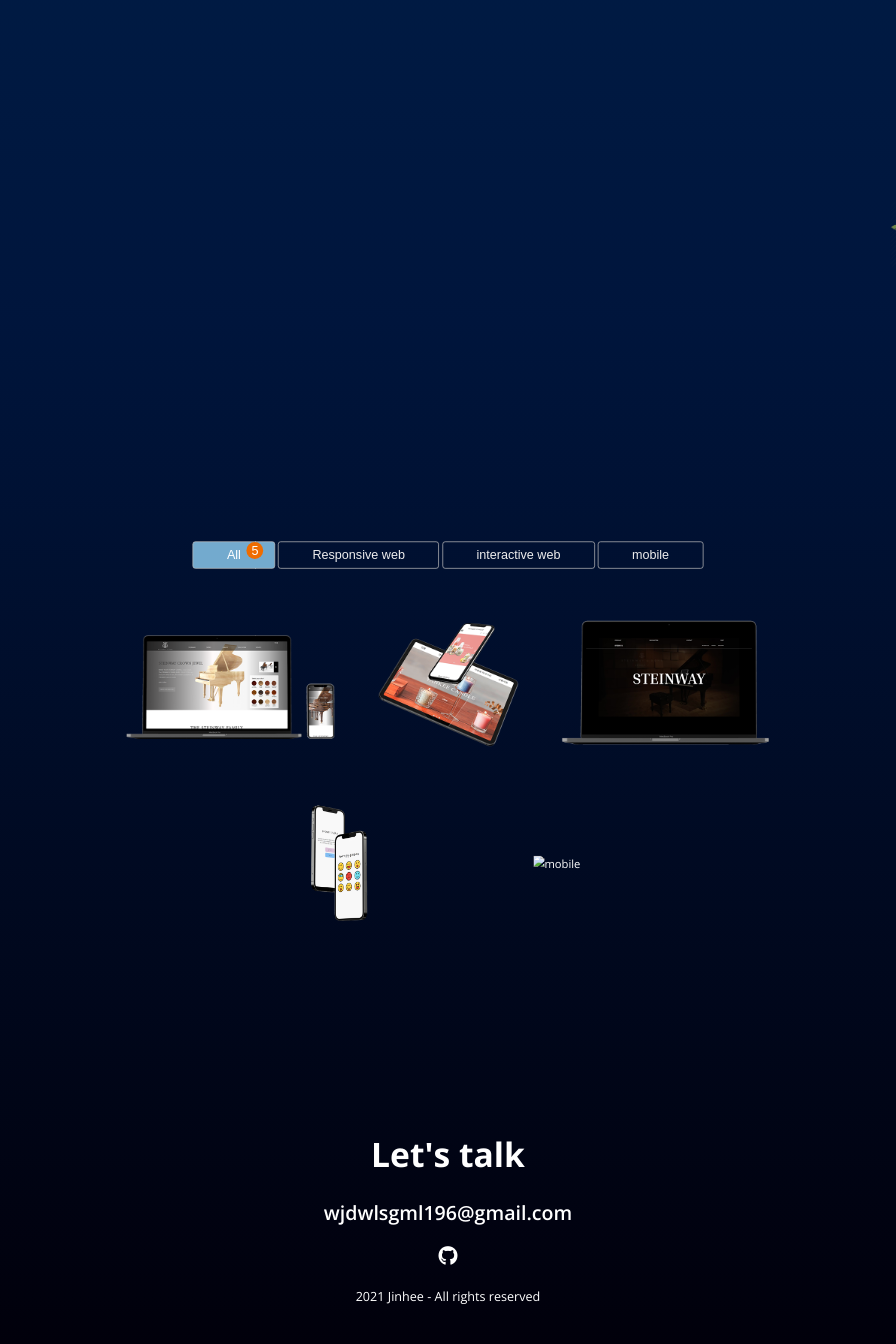
Repository: jinhee196/portfolio
Page: index.html
These files come from the project's save history. The page is drawn as it stood at one moment and after the next save; the edit follows.
The browser window is 1280 px wide. The pictures show the part of the page from y = 2639 to 4559 px (the page is 4559 px tall), at 70% of full size.
Some web libraries are served in a nearby version.

Above is the page before, as saved 2021-06-06 18:46:08.

After the next save:
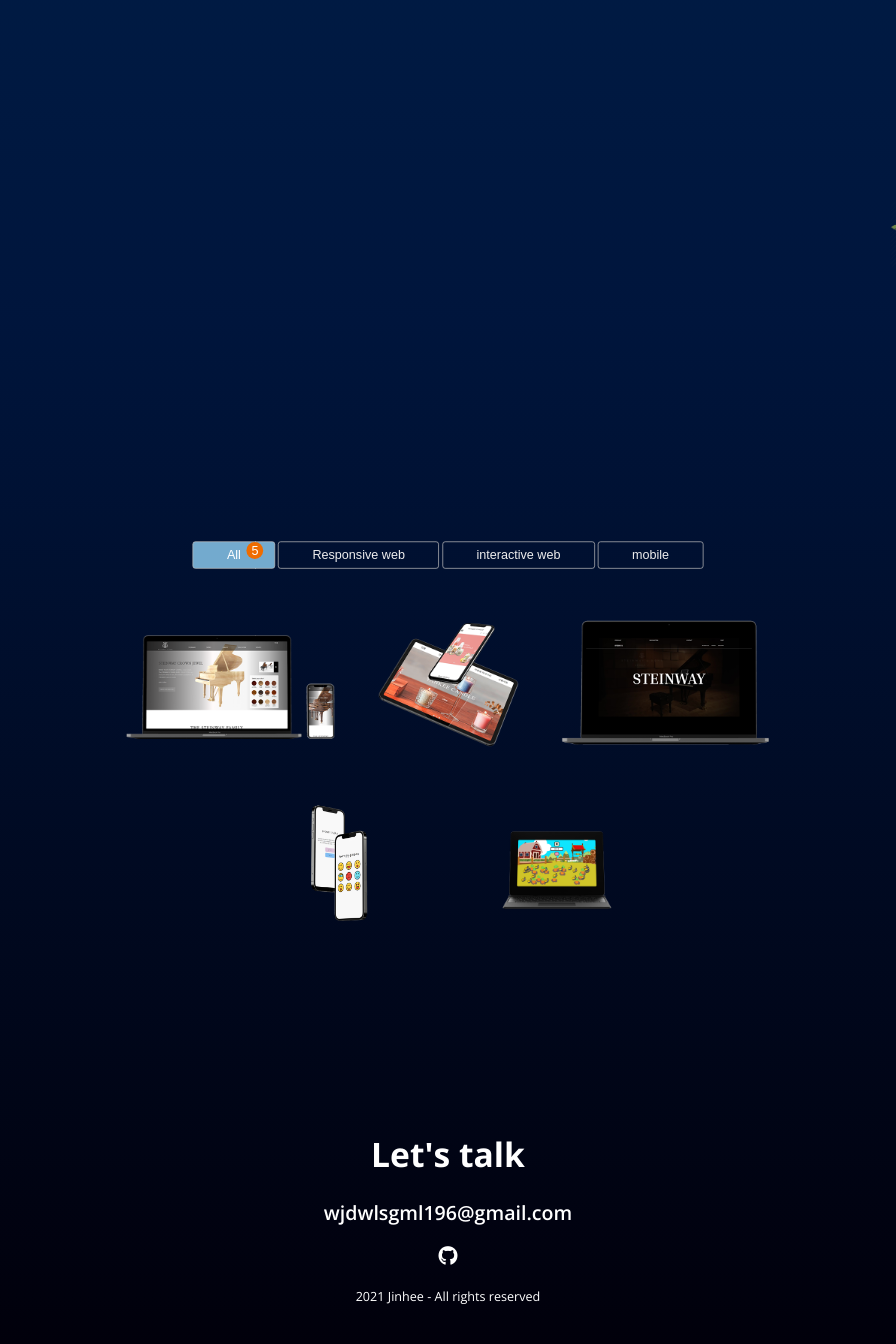
Saved 14 min 47 s later.
--- a/index.html
+++ b/index.html
@@ -263,7 +263,7 @@
                 </div>
             </a>
             <a href="#" class="project" target="_blank" data-type="mobile">
-                <img src="" alt="mobile" class="project__img">
+                <img src="img/miniGame.png" alt="mobile" class="project__img">
                 <div class="project__description">
                     <h3>Easy and fun Mini Game</h3>
                     <span>Mini Game with HTML, CSS and JavaScript</span>
